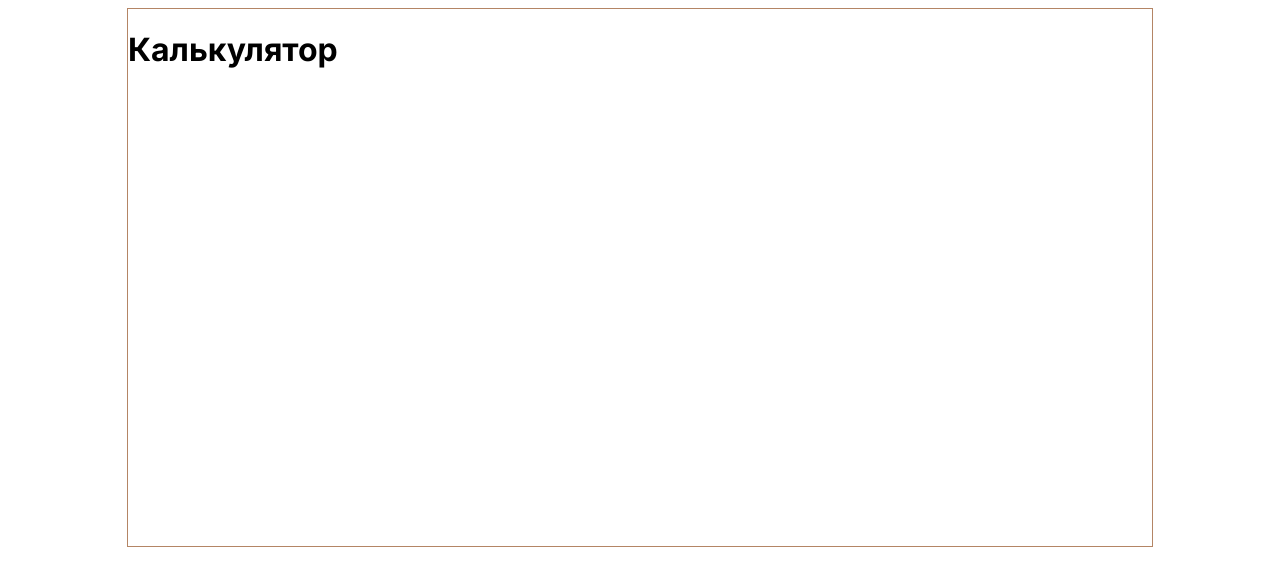
Repository: Kirill2034/Calculator-metal
Page: /
These files come from the project's save history. The page is drawn as it stood at one moment and after the next save; the edit follows.
The browser window is 1280 px wide. The pictures show the whole page.
The project was rebuilt for these pictures with package versions that can differ from the ones it lists, and the page was loaded fresh each time.

Above is the page before, as saved 2021-11-27 15:50:03.

After the next save:
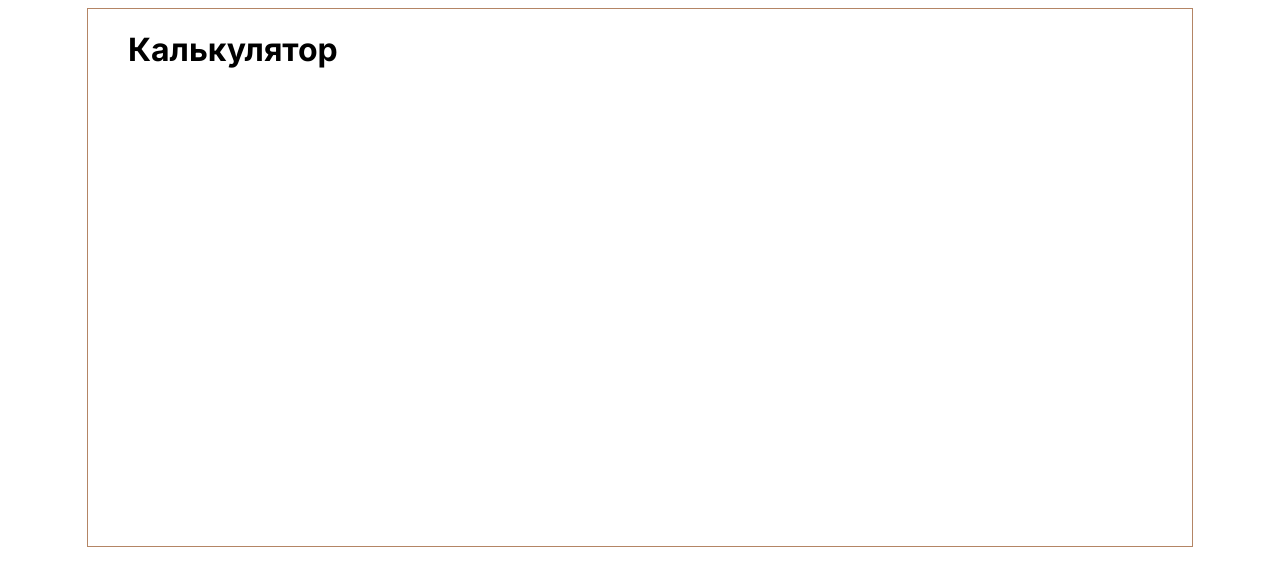
Saved 40 s later.
--- a/src/App.css
+++ b/src/App.css
@@ -1 +1 @@
-.App {width: 1024px; height: 537px; border: 1px solid #B48565; margin: 0 auto; font-family: 'Inter', sans-serif;}
+.App {width: 1024px; height: 537px; border: 1px solid #B48565; margin: 0 auto; font-family: 'Inter', sans-serif; padding: 0 40px;}
